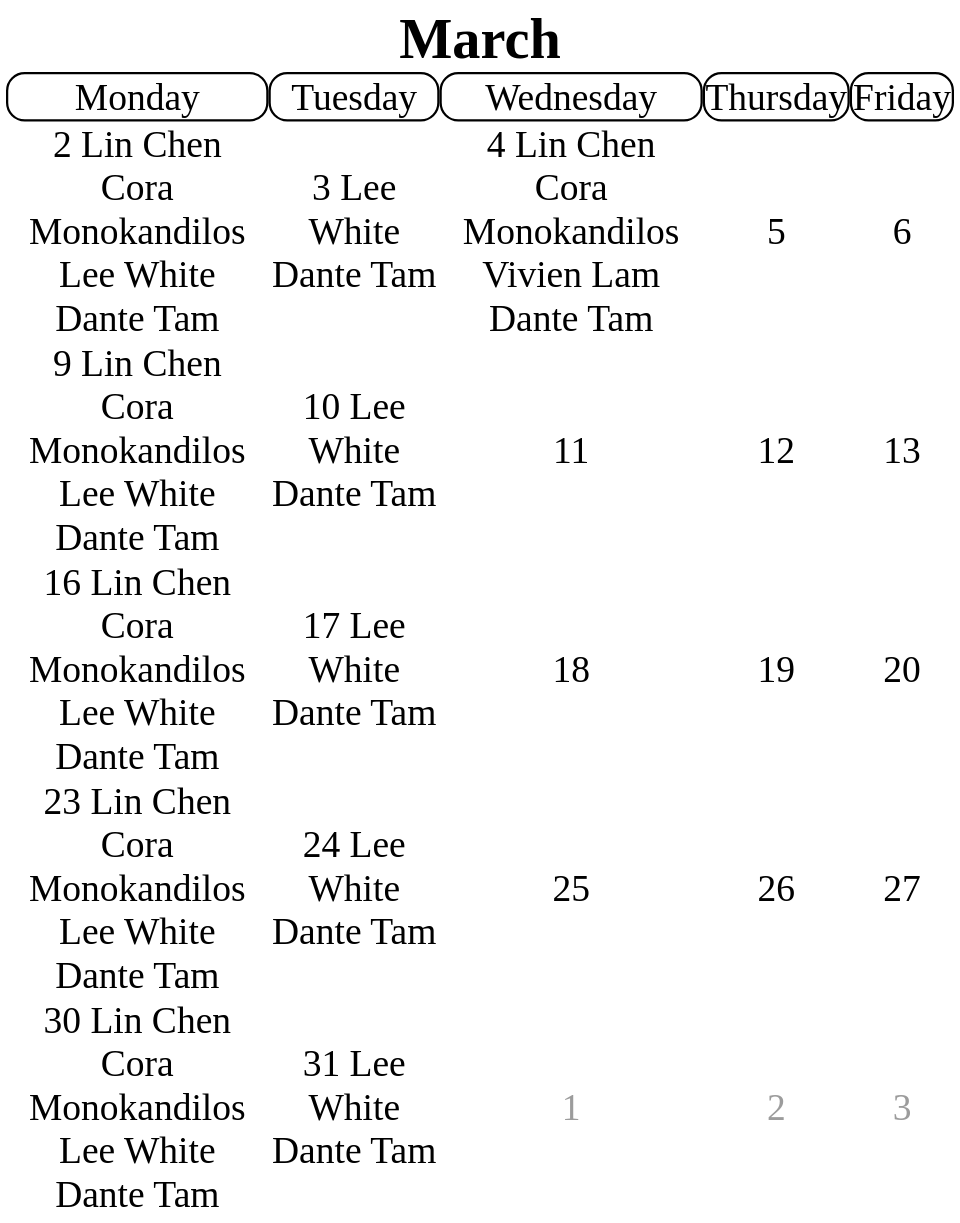
Repository: shleewhite/missionBitCalendar
Page: views/mar.html
The author's editor kept a record of every edit. The page is drawn from the files as they stood at one moment, then again after the next edit.
The browser window is 1280 px wide. The pictures show the whole page, at 75% of full size.

Above is the page before.

After the next edit:
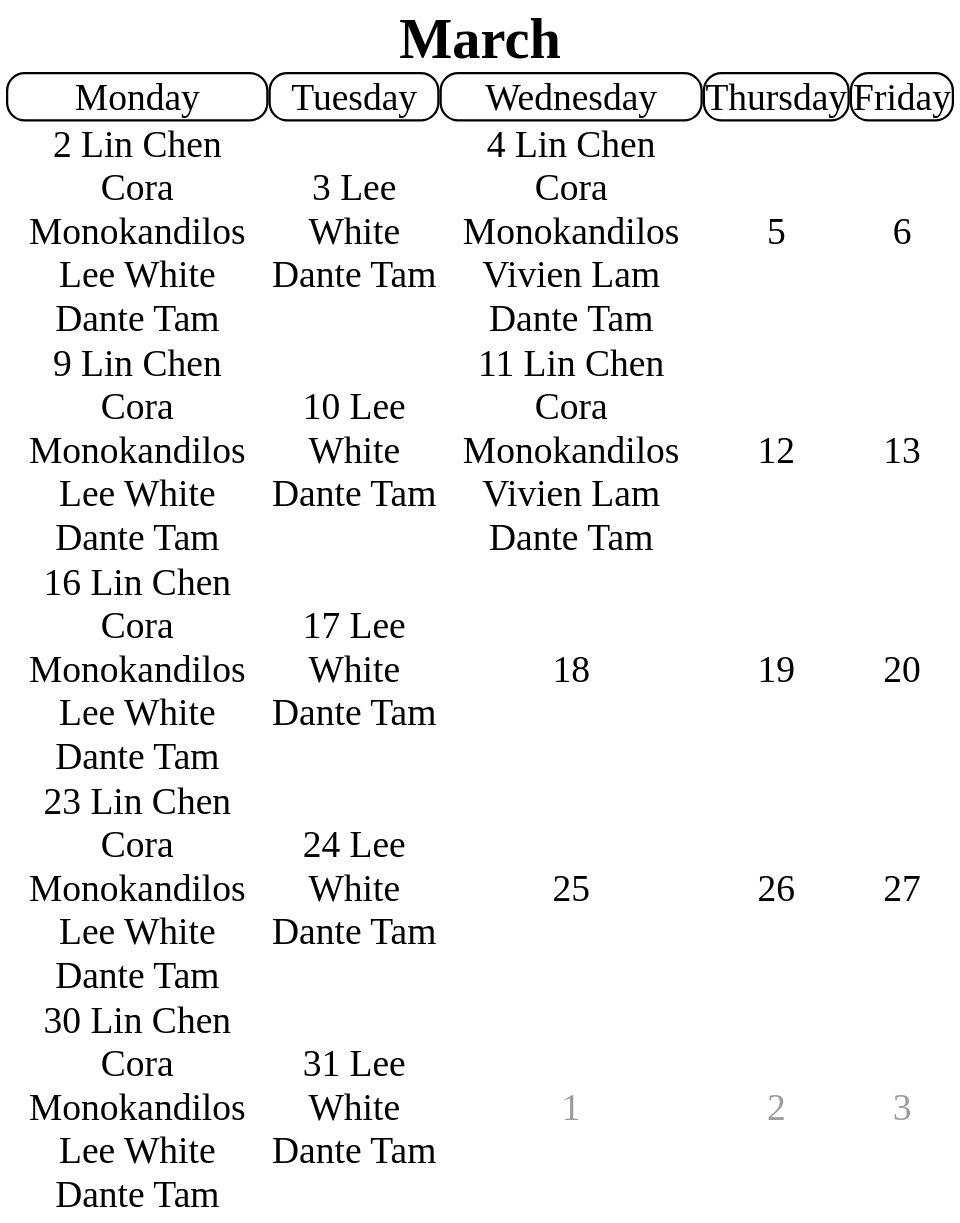
The edit:
--- a/views/mar.html
+++ b/views/mar.html
@@ -22,7 +22,7 @@
             <tr>
                 <td>9 Lin Chen<br>Cora Monokandilos<br>Lee White<br>Dante Tam</td>
                 <td>10 Lee White<br>Dante Tam</td>
-                <td>11</td>
+                <td>11 Lin Chen<br>Cora Monokandilos<br>Vivien Lam<br>Dante Tam</td>
                 <td>12</td>
                 <td>13</td>
             </tr>
